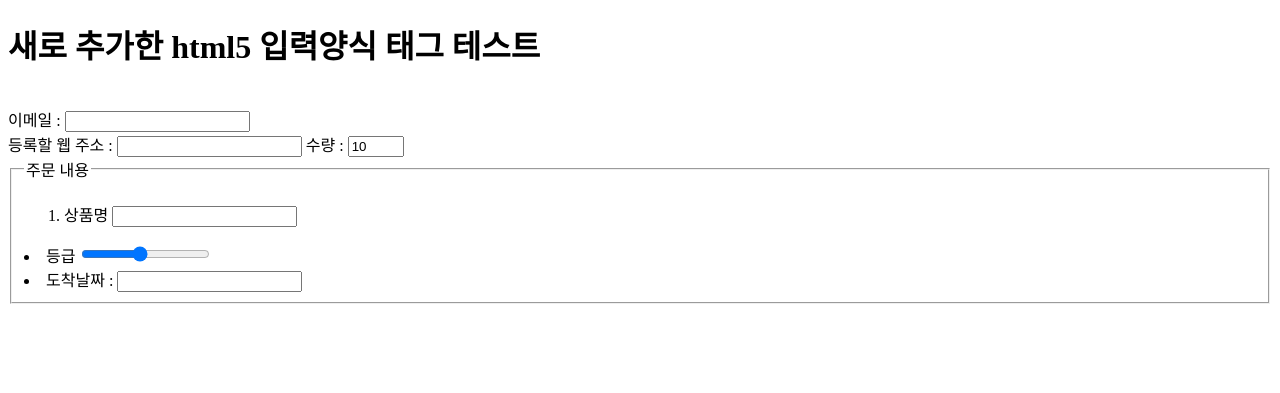
Repository: seokhoyoun/HTML_CSS
Page: html5Projects/web/views/testForm.html
These files come from the project's save history. The page is drawn as it stood at one moment and after the next save; the edit follows.
The browser window is 1280 px wide. The pictures show the whole page.

Above is the page before, as saved 2019-02-01 10:59:00.

### html5Projects/web/views/testForm.html
<!DOCTYPE html>
<html>
<head>
<meta charset="UTF-8">
<title>web form</title>
</head>
<body>
<h1>새로 추가한 html5 입력양식 태그 테스트</h1>
<br>
<form method="post" action="">
이메일 : <input type="email" name="email"> <br>
<label for="weburl">등록할 웹 주소 : </label>
<input type="url" name="url" id="weburl">
<label>수량 : <input type="number" min="2" max="30"
step="2" value="10"></label><br>
<fieldset>
<legend>주문 내용</legend>
<ol><li>
	<label for="p">상품명</label>
	<input id="p" type="text" size="20">
</li></ol>
	<li>
		<label for="level">등급</label>
		<input id="level" type="range" min="1" max="10" value="5" step="2">
	</li>
	<li>
		<label>도착날짜 : <input type="date></label>
	</li>
	<li>
		<label>주문색상 : <input type="color"></label>
	</li>

</fieldset>
</form>


</body>
</html>

After the next save:
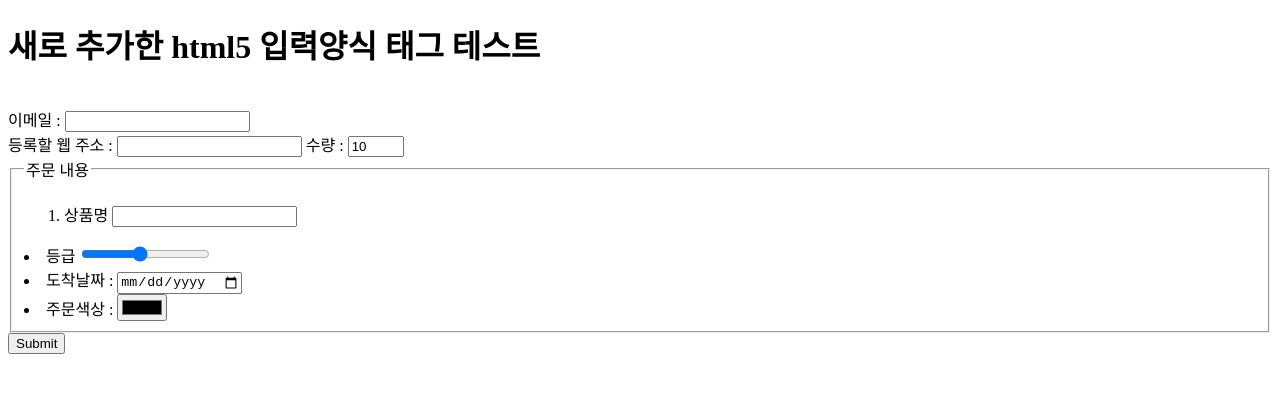
Saved 48 s later.
--- a/html5Projects/web/views/testForm.html
+++ b/html5Projects/web/views/testForm.html
@@ -24,13 +24,14 @@ step="2" value="10"></label><br>
 		<input id="level" type="range" min="1" max="10" value="5" step="2">
 	</li>
 	<li>
-		<label>도착날짜 : <input type="date></label>
+		<label>도착날짜 : <input type="date"></label>
 	</li>
 	<li>
 		<label>주문색상 : <input type="color"></label>
 	</li>
 
 </fieldset>
+<input type="submit">
 </form>
 
 
